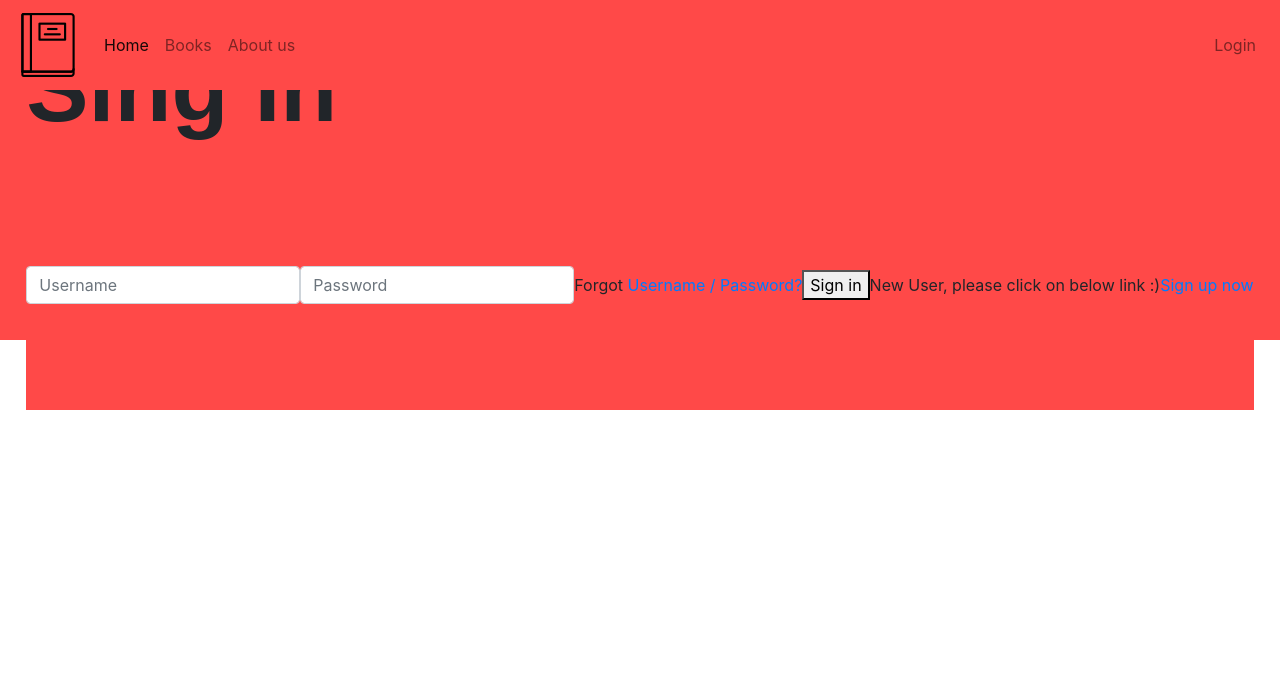
Repository: abhishekgandhi2398/BookStore
Page: http://localhost/BookStore/ulogin.jsp
The author's editor kept a copy of each file at every save. The page is drawn from the files as they stood at one save, then again after the next save.
The browser window is 1280 px wide. The pictures show the whole page.
The page is served by Tomcat 9.

Above is the page before, as saved 2019-12-06 15:21:47.
Console error: TypeError: Cannot read properties of undefined (reading 'fn')

After the next save:
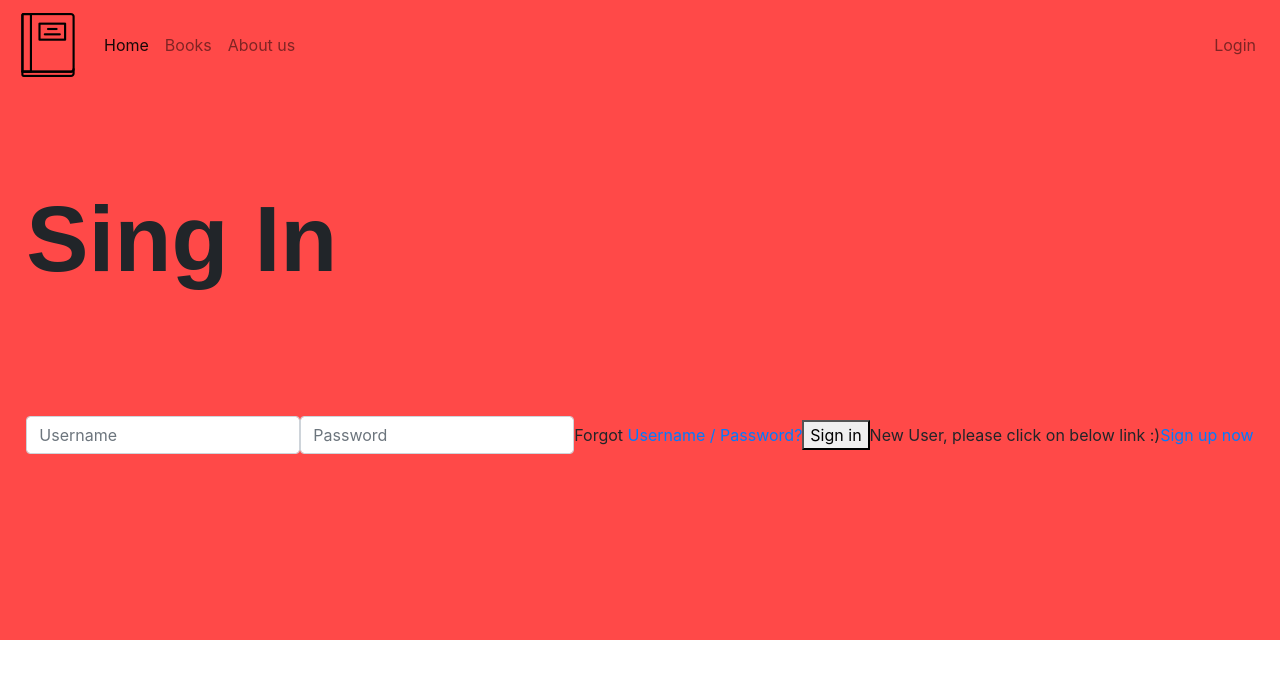
Saved 20 s later.
--- a/ProjectJava/BookStore/WebContent/ulogin.jsp
+++ b/ProjectJava/BookStore/WebContent/ulogin.jsp
@@ -70,7 +70,7 @@ else
 </nav>
 
 
-<div style="background-color: #FF4948; height: 250px; width: 100%;" class="d-flex justify-content-center  align-items-center">
+<div style="background-color: #FF4948; height: 550px; width: 100%;" class="d-flex justify-content-center  align-items-center">
 
 
 
